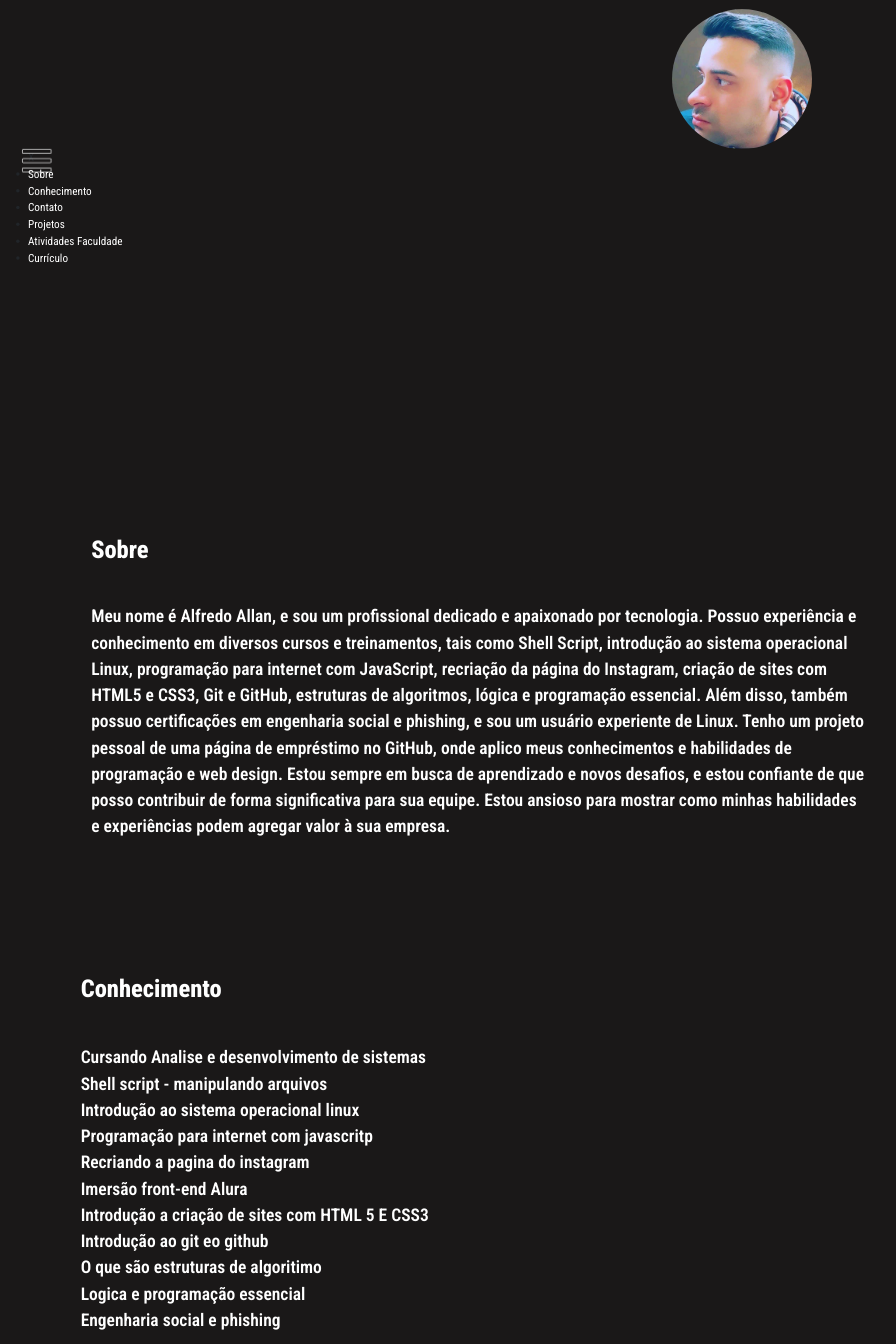
Repository: alfredo-allan/Portfolio
Page: index.html
An editor plug-in stored every save of this project. The page is shown before and after the next save, followed by the edit.
The browser window is 1280 px wide. The pictures show the part of the page from y = 0 to 1920 px (the page is 4981 px tall before and 4813 px after), at 70% of full size.

Above is the page before, as saved 2024-05-30 12:17:54.

After the next save:
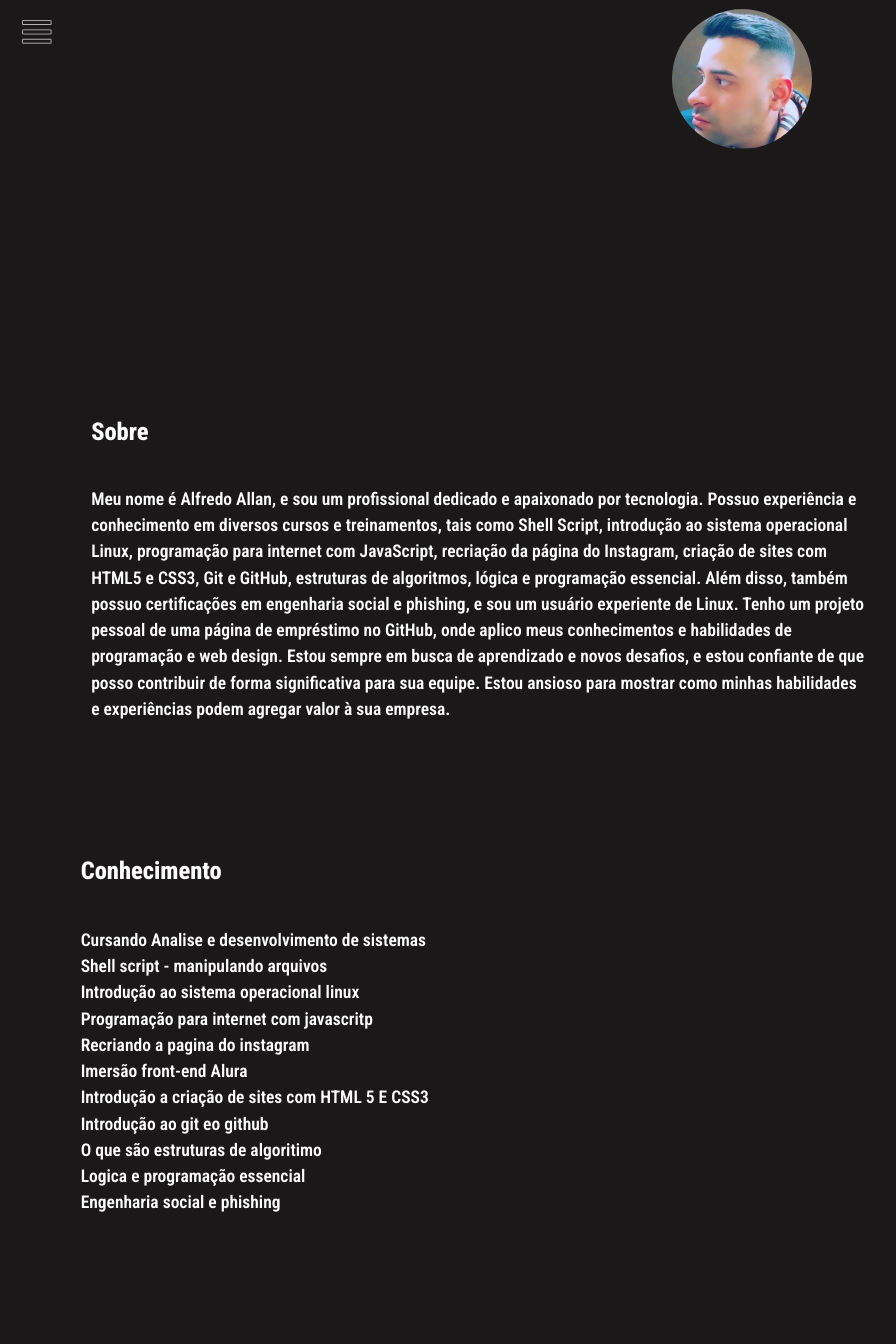
Saved 7 s later.
--- a/src/assets/styles/home.css
+++ b/src/assets/styles/home.css
@@ -294,3 +294,37 @@ a {
   color: white;
   text-decoration: none; /* Remove o sublinhado */
 }
+
+#menu-options {
+  display: none;
+  position: absolute;
+  top: 0;
+  left: 0;
+  margin-top: 60px;
+  width: 60%;
+  height: 22vh;
+  background-color: var(--verde--color);
+  color: white;
+  font-family: var(--gribble-font);
+  font-weight: 900;
+  border-bottom-right-radius: 10%;
+  color: black;
+  letter-spacing: 2px;
+}
+
+a {
+  text-decoration: none; /* Remove o sublinhado */
+  color: black;
+}
+
+#menu-options ul {
+  list-style: none;
+  padding: 0;
+  margin-left: 10px;
+  font-size: 20px;
+}
+
+#menu-options ul li {
+  padding: 10px;
+  /* border-bottom: 1px solid white; */
+}
